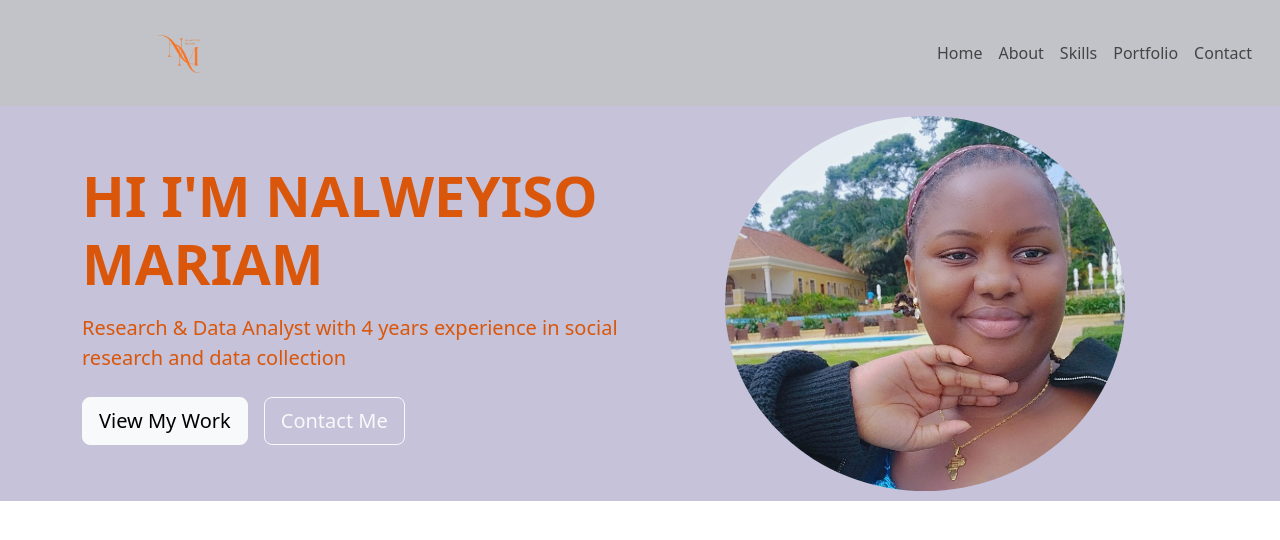
Repository: NalweMari/My-Personal-Portfolio
Page: index.html
The author's editor kept a copy of each file at every save. The page is drawn from the files as they stood at one save, then again after the next save.
The browser window is 1280 px wide. The pictures show the whole page.

Above is the page before, as saved 2025-11-28 11:30:20.
Console error (its wording comes from the project's code and is left out).

After the next save:
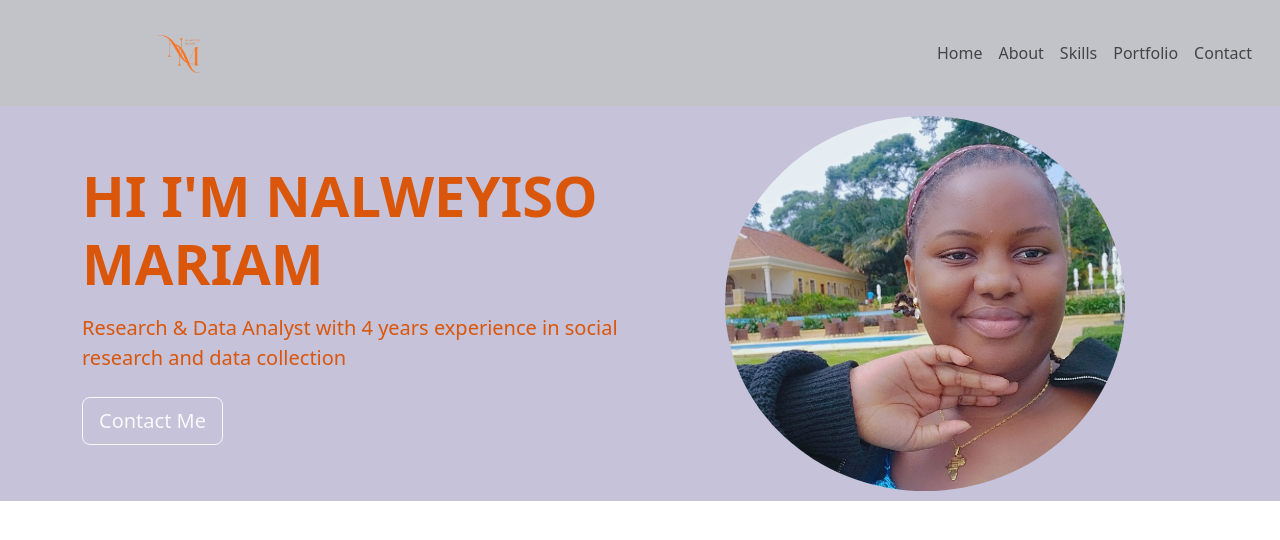
Saved 30 s later.
--- a/index.html
+++ b/index.html
@@ -42,7 +42,7 @@
                     <h1 class="display-4 fw-bold mb-3">HI I'M NALWEYISO MARIAM</h1>
                     <p class="lead mb-4">Research & Data Analyst with 4 years experience in social research and data collection</p>
                     <div class="d-flex flex-wrap gap-3">
-                        <a href="#portfolio" class="btn btn-light btn-lg">View My Work</a>
+                        <!-- <a href="#portfolio" class="btn btn-light btn-lg">View My Work</a> -->
                         <a href="#contact" class="btn btn-outline-light btn-lg">Contact Me</a>
                     </div>
                 </div>
